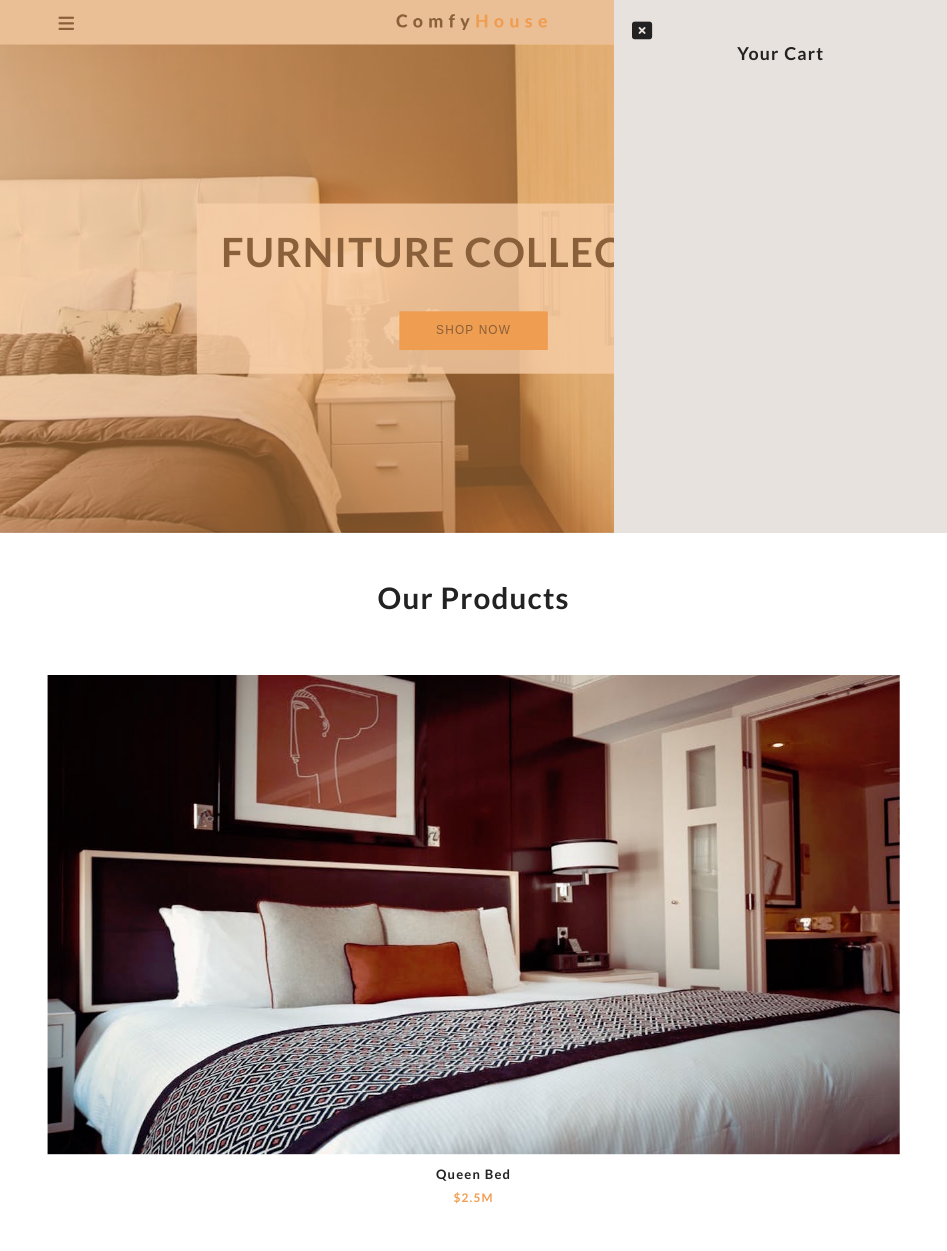
Repository: MohammadMazloum123/E-Commerce-Project
Page: images/index.html
These files come from the project's save history. The page is drawn as it stood at one moment and after a run of saves; the edit follows.
The browser window is 1280 px wide. The pictures show the whole page, at 74% of full size.
Some web libraries are served in a nearby version.

Above is the page before, as saved 2024-02-18 14:08:35.

### images/index.html
<!DOCTYPE html>
<html lang="en">
<head>
    <meta charset="UTF-8">
    <meta name="viewport" content="width=device-width, initial-scale=1.0">
    <title>Comfy-House</title>
    <link rel="stylesheet" href="main.css">
</head>
<body>
    <!--nav bar-->
    <nav class="navbar">
        <div class="navbar-center">
            <span class="nav-icon">
                <i class="fas fa-bars"></i>
            </span>
            <img src="logo.svg">
            <div class="cart-btn">
                <span class="nav-icon">
                    <i class="fas fa-cart-plus"></i>
                </span>
                <div class="cart-items">0</div>
            </div>
        </div>
    </nav>
    <!--End of navbar-->
    <!--Hero-->
    <header class="hero">
        <div class="banner">
            <h1 class="banner-title">furniture collection</h1>
            <button class="banner-btn">shop now</button>
        </div>
    </header>
    <!--End of Hero-->
    <!--Products-->
    <section class="products">
        <div class="section-title">
            <h2>our products</h2>
        </div>
        <div class="products-center">
            <!--single products-->
            <article class="product">
                <div class="img-container">
                    <img src="product-1.jpeg" class="product-img">
                    <button class="bag-btn" data-id="1">
                        <i class="fas fa-shopping-cart"></i>
                        add to bag
                    </button>
                </div>
                <h3>queen bed</h3>
                <h4>$2.5M</h4>
            </article>
            <!--end of single products-->
        </div>
    </section>
    <!--End of products-->
    <!--Cart-->
    <div class="cart-overlay">
        <div class="cart">
            <span class="close-cart">
                <i class="fas fa-window-close"></i>
            </span>
            <h2>your cart</h2>
            <div class="cart-content">
                <!--cart item-->
                <div class="cart-item">

                </div>
                <!--end of cart item-->
            </div>
        </div>
    </div>
    <!--End of cart-->
    <script src="app.js"></script>
    <script src="https://kit.fontawesome.com/15b45a17d7.js" crossorigin="anonymous"></script>
</body>
</html>

### images/main.css
    @import url("https://fonts.googleapis.com/css?family=Lato:400,700");

:root {
    --primaryColor: #f09d51;
    --mainWhite: #fff;
    --mainBlack: #222;
    --mainGrey: #ececec;
    --mainSpacing: 0.1rem;
    --mainTransition: all 0.3s linear;
    }
* {
    margin: 0;
    padding: 0;
    box-sizing: border-box;
    }
body {
    color: var(--mainBlack);
    background: var(--mainWhite);
    font-family: "Lato", sans-serif;
    }
    /* --------------- Navbar ---------------- */
.navbar {
    position: sticky;
    top: 0;
    height: 60px;
    width: 100%;
    display: flex;
    align-items: center;
    background: rgb(231, 226, 221);
    z-index: 1;
    }
    .navbar-center {
    width: 100%;
    max-width: 1170px;
    margin: 0 auto;
    display: flex;
    align-items: center;
    justify-content: space-between;
    padding: 0 1.5rem;
    }
    .nav-icon {
    font-size: 1.5rem;
    }
    .cart-btn {
    position: relative;
    cursor: pointer;
    }
    .cart-items {
    position: absolute;
    top: -8px;
    right: -8px;
    background: var(--primaryColor);
    padding: 0 5px;
    border-radius: 30%;
    color: var(--mainWhite);
    }
    /* --------------- End of Navbar ---------------- */
    /* --------------- Hero ---------------- */
    .hero {
    min-height: calc(100vh - 60px);
    background: url("hero-bcg.jpeg") center/cover no-repeat;
    display: flex;
    align-items: center;
    justify-content: center;
    }
    .banner {
    text-align: center;
    background: rgba(255, 255, 255, 0.8);
    display: inline-block;
    padding: 2rem;
    }
    .banner-title {
    font-size: 3.4rem;
    text-transform: uppercase;
    letter-spacing: var(--mainSpacing);
    margin-bottom: 3rem;
    }
    .banner-btn {
    padding: 1rem 3rem;
    text-transform: uppercase;
    letter-spacing: var(--mainSpacing);
    font-size: 1rem;
    background: var(--primaryColor);
    color: var(--mainBlack);
    border: 1px solid var(--primaryColor);
    transition: var(--mainTransition);
    cursor: pointer;
    }
    .banner-btn:hover {
    background: transparent;
    color: var(--primaryColor);
    }
    /* --------------- End of Hero ---------------- */

    /* --------------- Products ---------------- */

    .products {
    padding: 4rem 0;
    }
    .section-title h2 {
    text-align: center;
    font-size: 2.5rem;
    margin-bottom: 5rem;
    text-transform: capitalize;
    letter-spacing: var(--mainSpacing);
    }
    .products-center {
    width: 90vw;
    margin: 0 auto;
    max-width: 1170px;
    display: grid;
    grid-template-columns: repeat(auto-fit, minmax(260px, 1fr));
    grid-column-gap: 1.5rem;
    grid-row-gap: 2rem;
    }
    .img-container {
    position: relative;
    overflow: hidden;
    }
    .bag-btn {
    position: absolute;
    top: 70%;
    right: 0;
    background: var(--primaryColor);
    border: none;
    text-transform: uppercase;
    padding: 0.5rem 0.75rem;
    letter-spacing: var(--mainSpacing);
    font-weight: bold;
    transition: var(--mainTransition);
    transform: translateX(101%);
    cursor: pointer;
    }
    .bag-btn:hover {
    color: var(--mainWhite);
    }
    .fa-shopping-cart {
    margin-right: 0.5rem;
    }
    .img-container:hover .bag-btn {
    transform: translateX(0);
    }
    .product-img {
    display: block;
    width: 100%;
    min-height: 12rem;
    transition: var(--mainTransition);
    }
    .img-container:hover .product-img {
    opacity: 0.5;
    }

    .product h3 {
    text-transform: capitalize;
    font-size: 1.1rem;
    margin-top: 1rem;
    letter-spacing: var(--mainSpacing);
    text-align: center;
    }

    .product h4 {
    margin-top: 0.7rem;
    letter-spacing: var(--mainSpacing);
    color: var(--primaryColor);
    text-align: center;
    }

    /* ---------------End of Products ---------------- */
    /* --------------- Cart ---------------- */
    .cart-overlay {
    position: fixed;
    top: 0;
    right: 0;
    width: 100%;
    height: 100%;
    transition: var(--mainTransition);
    background: rgb(240, 157, 81, 0.5);
    z-index: 2;
    /*visibility: hidden;*/
    }
    .cart {
    position: fixed;
    top: 0;
    right: 0;
    width: 100%;
    height: 100%;
    overflow: scroll;
    z-index: 3;
    background: rgb(231, 226, 221);
    padding: 1.5rem;
    transition: var(--mainTransition);
    /*transform: translateX(100%);*/
    }
    .showCart {
    transform: translateX(0);
    }
    .transparentBcg {
    visibility: visible;
    }
    @media screen and (min-width: 768px) {
    .cart {
        width: 30vw;
        min-width: 450px;
    }
    }

    .close-cart {
    font-size: 1.7rem;
    cursor: pointer;
    }
    .cart h2 {
    text-transform: capitalize;
    text-align: center;
    letter-spacing: var(--mainSpacing);
    margin-bottom: 2rem;
    }
    /*---------- Cart Item -------------------- */
    .cart-item {
    display: grid;
    align-items: center;
    grid-template-columns: auto 1fr auto;
    grid-column-gap: 1.5rem;
    margin: 1.5rem 0;
    }
    .cart-item img {
    width: 75px;
    height: 75px;
    }
    .cart-item h4 {
    font-size: 0.85rem;
    text-transform: capitalize;
    letter-spacing: var(--mainSpacing);
    }
    .cart-item h5 {
    margin: 0.5rem 0;
    letter-spacing: var(--mainSpacing);
    }
    .item-amount {
    text-align: center;
    }
    .remove-item {
    color: grey;
    cursor: pointer;
    }
    .fa-chevron-up,
    .fa-chevron-down {
    color: var(--primaryColor);
    cursor: pointer;
    }
    /*---------- End of Cart Item -------------------- */

    .cart-footer {
    margin-top: 2rem;
    letter-spacing: var(--mainSpacing);
    text-align: center;
    }
    .cart-footer h3 {
    text-transform: capitalize;
    margin-bottom: 1rem;
    }

    /* --------------- End of Cart ---------------- */

Loaded but not shown: images/app.js (no copy from this time; the picture is the same without it)

After the next 2 saves:
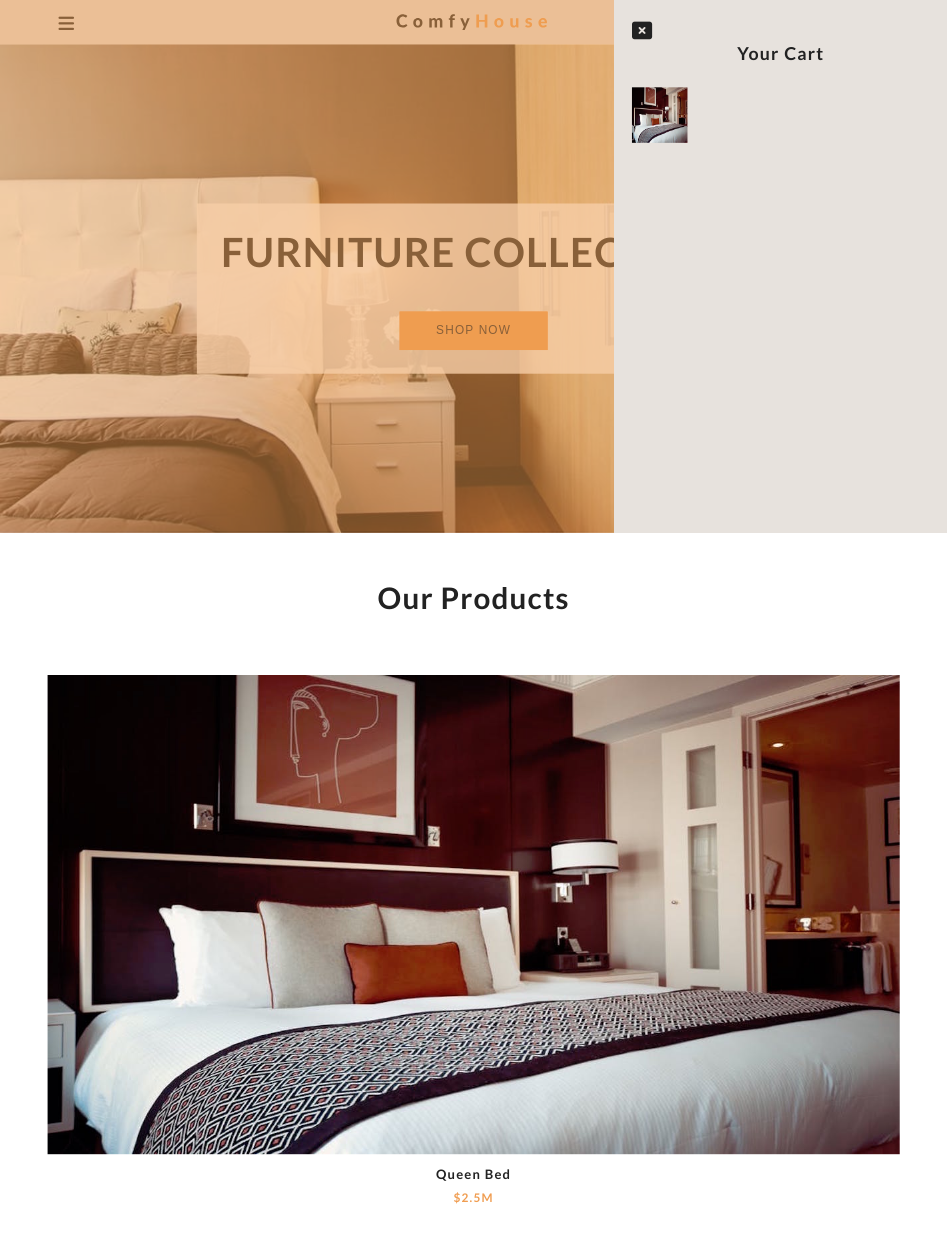
The 2 saves are shown as one change because they came seconds apart.
The last was saved 11 s later.
--- a/images/index.html
+++ b/images/index.html
@@ -63,7 +63,7 @@
             <div class="cart-content">
                 <!--cart item-->
                 <div class="cart-item">
-
+                    <img src="product-1.jpeg" alt="">
                 </div>
                 <!--end of cart item-->
             </div>
